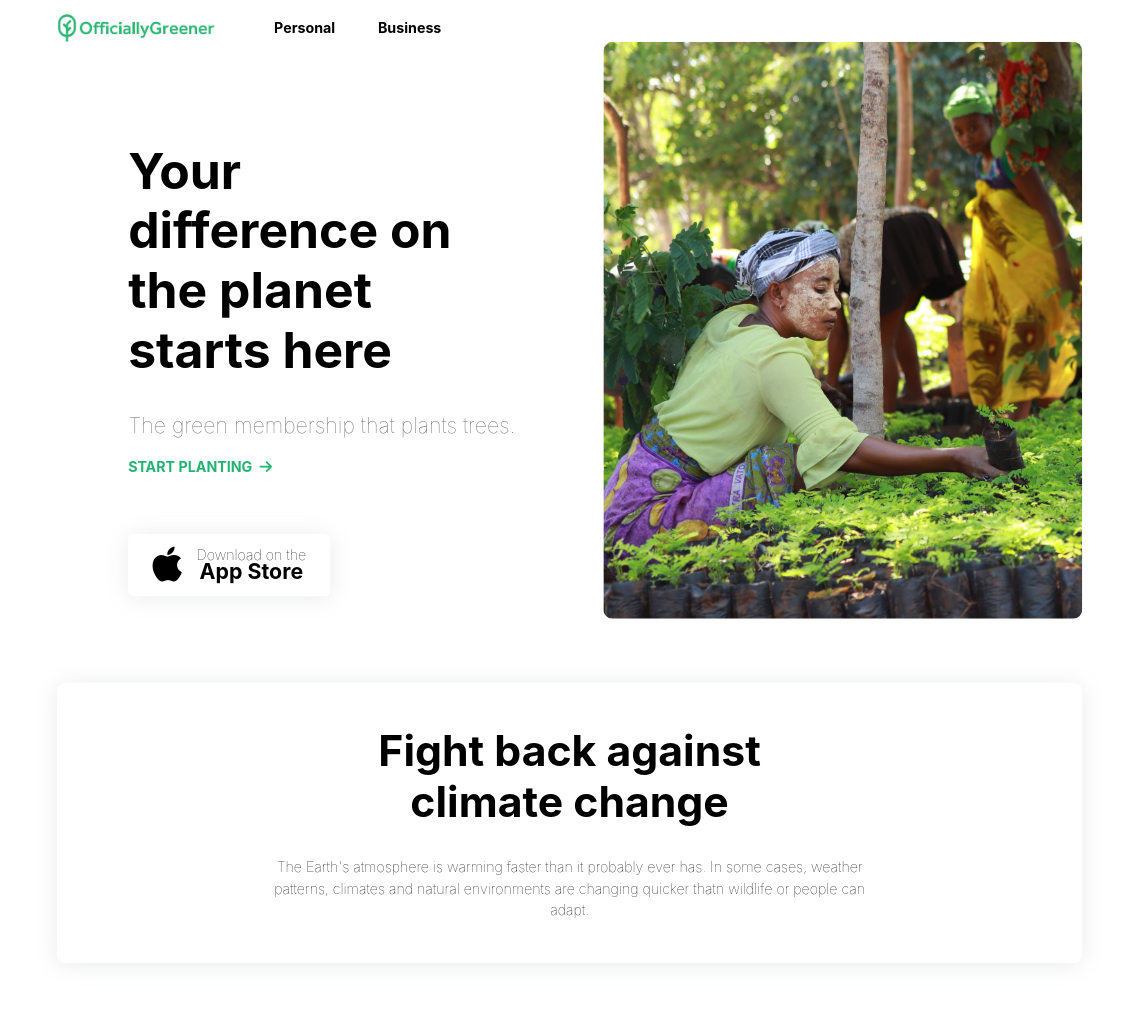
Repository: Sinkycode/Officially-Greener-v2
Page: index.html
An editor plug-in stored every save of this project. The page is shown before and after the next save, followed by the edit.
The browser window is 1280 px wide. The pictures show the whole page, at 89% of full size.
Some web libraries are served in a nearby version.

Above is the page before, as saved 2023-03-08 16:50:00.

### index.html
<!DOCTYPE html>
<html lang="en">
<head>
  <meta charset="UTF-8">
  <meta http-equiv="X-UA-Compatible" content="IE=edge">
  <meta name="viewport" content="width=device-width, initial-scale=1.0">
  <link rel="stylesheet" href="https://cdnjs.cloudflare.com/ajax/libs/font-awesome/6.3.0/css/all.min.css" integrity="sha512-SzlrxWUlpfuzQ+pcUCosxcglQRNAq/DZjVsC0lE40xsADsfeQoEypE+enwcOiGjk/bSuGGKHEyjSoQ1zVisanQ==" crossorigin="anonymous" referrerpolicy="no-referrer" />

  <link rel="stylesheet" href="style.css">
  <title>Officially Greener</title>
</head>
<body>
  <header>
    <div class="mobile">
      <img src="Logo/Officially Greener Transparent background.png" alt="" class="primary-logo logo">
      <i class="fa-sharp fa-solid fa-bars"></i>
    </div>

    <div class="desktop">
      <img src="Logo/Officially Greener Transparent background.png" alt="" class="primary-logo logo">
      <ul class="primary-nav">
        <li><a href="http://">Personal</a></li>
        <li><a href="http://">Business</a></li>
      </ul>
    </div>

  </header>

  <section id="landing-page">
   <div class="container">
    <div class="landing-page__image">
      <img src="Images/Magagascar.jpg" alt="">
    </div>
    <div class="landing-page__context">
     <div class="texts">
      <h1 class="biggest-txt">Your difference on the planet starts here</h1>
      <p class="gray-para">The green membership that plants trees.</p>
      <a href="#" class="simple-link">Start planting<i class="fa-sharp fa-solid fa-arrow-right"></i></a>
     </div>
     <button class="apple-btn btn">
      <i class="fa-brands fa-apple"></i>
      <div class="wrap">
        <p>Download on the</p>
        <h1>App Store</h1>
      </div>
     </button>
    </div>
   </div>
  </section>

  <section id="note">
    <div class="container">
      <h1 class="bigger-txt">Fight back against climate change</h1>
      <p class="black-para">The Earth's atmosphere is warming faster than it probably ever has. In some cases, weather patterns, climates and natural environments are changing quicker thatn wildlife or people can adapt.</p>
    </div>
  </section>

  <section id="personal"></section>
</body>
</html>

### style.css
:root {
  --neutral-100: hsl(0, 0%, 100%);
  --neutral-200: hsl(0, 0%, 80%);
  --neutral-400: hsl(0, 0%, 40%);
  --neutral-600: hsl(0, 0%, 20%);
  --neutral-800: hsl(0, 0%, 0%);

  --accent: hsl(153, 68%, 42%);

  --txt-size-200: .8rem;
  --txt-size-400: 1rem;
  --txt-size-500: 2rem;
  --txt-size-600: 3rem;
  --txt-size-800: 3.5rem;

  --box-radius-sm: .2rem;
  --box-radius-rg: .4rem;
  --box-radius-lx: .6rem;
  --box-shadow:rgba(149, 157, 165, 0.2) 0px 2px 24px;

  --gray-para: var(--neutral-400);

}

*, *::after, *::before {
  box-sizing: border-box;
  margin: 0;
  padding: 0;
}

html, body {
  font-family: -apple-system, BlinkMacSystemFont, Segoe UI, Roboto, Oxygen, Ubuntu, Cantarell, Fira Sans, Droid Sans, Helvetica Neue, sans-serif;
  scroll-behavior: smooth;
  overflow-x: hidden;
}

body {
  line-height: 1.5;
  font-size: 16px;
}

/* CUSTOMIZATION */
img {
  max-width: 100%;
  display: block;
}

button, input {
  outline: none;
  border: none;
  /* background: transparent; */
  font-family: inherit;
  font-size: inherit;
  color: inherit;
}

ul, p {
  margin: 0;
  list-style: none;
  font-weight: 2

}

a {
  text-decoration: none;
  color: inherit;
  font-weight: bold;
}

h1,h2,h3 {
  margin: 0;
}

.container {
  max-width: 90%;
  margin: 0 auto;
}

.logo {
  width: clamp(180px, 1rem + 10vw, 300px);
}

.mobile {
  display: none;
}

.desktop {
  display: flex;
  align-items: center;
  gap: 4rem;
  padding-top: 1rem;
  padding-inline-start: 4rem;
  width: 50%;
}

.primary-nav {
  display: flex;
  gap: 3rem;
}

.biggest-txt {
  font-size: var(--txt-size-800);
  line-height: 1.2;
}

.bigger-txt {
  font-size: var(--txt-size-600);
  line-height: 1.2;
}

.gray-para {
  color: var(--gray-para);
}

.btn {
  color: var(--neutral-800);
  background-color: rgb(255, 255, 255);
  padding: .8rem 1.7rem;
  border-radius: var(--box-radius-rg);
  box-shadow: var(--box-shadow);
  cursor: pointer;
}

/* ========= landing page ========= */
#landing-page {
  /* border: 3px solid black; */
  height: 100vh;
}

#landing-page .container {
  display: flex;
  gap: 1rem;
  height: 100%;
  /* border: 1px solid red; */
}

@media (max-width: 1000px) {
  #landing-page .container {
    display: block;
  }

}

@media (min-width: 768px) {
  .landing-page__context {
    order: 1;
    margin-left: 5rem;
    margin-top: 7rem;
  }

  .landing-page__image {
    order: 2;
  }

}

.landing-page__context {
  max-width: 45%;
  /* border: 1px solid red; */
}

.landing-page__context .biggest-txt {
  /* border: 1px solid red; */
  max-width: 80%;
  margin-bottom: 2rem;
}

.landing-page__context .gray-para {
  margin-block: 1rem;
  font-size: 1.5rem;
}

.landing-page__context .simple-link {
  color: var(--accent);
  text-transform: uppercase;
  display: flex;
  align-items: center;
  gap: .5rem;
  margin-bottom: 4rem;
}

.fa-apple {
  font-size: 2.8rem;
}

.apple-btn {
  display: flex;
  align-items: center;
  gap: 1rem;
}

button .wrap {
  /* border: 1px solid red; */
  line-height:1;
}

button .wrap h1{
  font-size: 1.5rem;
}

.landing-page__image {
  width: 55%;
  max-height: 90%;
  border-radius: 10px;
  overflow: hidden;
}

.landing-page__image img {
  height: 120%;
  object-fit: cover;
  object-position: left;
}



/* ====== Note ======== */

#note {
  padding-bottom: 5rem;
}

#note .container {
  background: var(--neutral-100);
  border-radius: var(--box-radius-lx);
  box-shadow: var(--box-shadow);
  padding-block: 3rem;
  padding-inline: 14rem;
  display: flex;
  flex-direction: column;
  align-items: center;
  text-align: center;
}

#note .bigger-txt {
  width: 70%;
  display: flex;
  align-items: center;
  margin-bottom: 2rem;
}

After the next save:
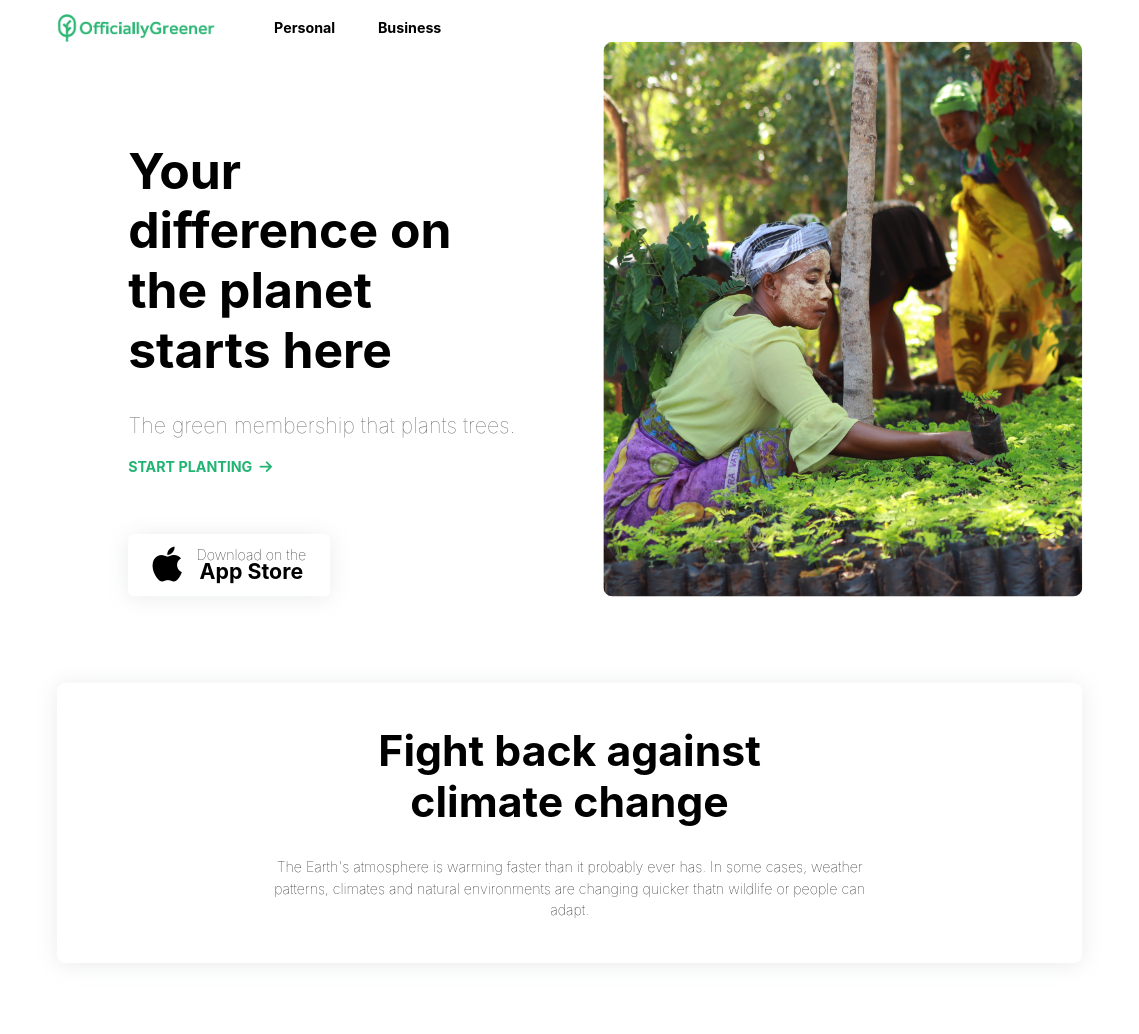
Saved 69 s later.
--- a/style.css
+++ b/style.css
@@ -124,7 +124,7 @@
 /* ========= landing page ========= */
 #landing-page {
   /* border: 3px solid black; */
-  height: 100vh;
+  min-height: 100vh;
 }
 
 #landing-page .container {
